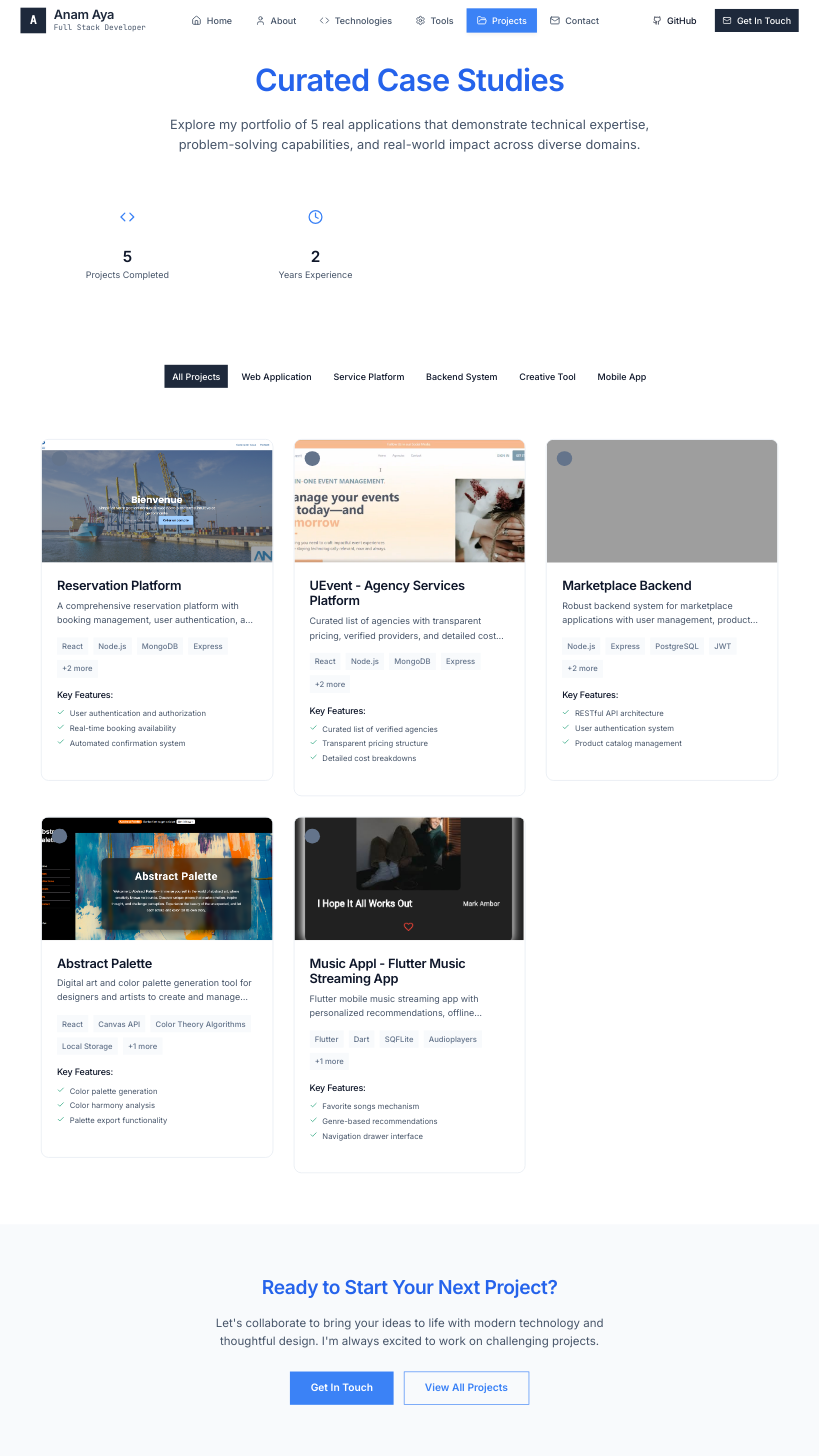
Repository: ayaaas/portflio_aya
Page: /projects-curated-case-studies
These files come from the project's save history. The page is drawn as it stood at one moment and after the next save; the edit follows.
The browser window is 1280 px wide. The pictures show the whole page, at 64% of full size.
Pictures or frames that could not be fetched are drawn as grey boxes. The project was rebuilt for these pictures with package versions that can differ from the ones it lists, and the page was loaded fresh each time. Also part of the build but not shown: vite.config.mjs, src/components/ErrorBoundary.jsx, src/pages/hero-section-developer-portfolio/components/ProfileImage.jsx, src/pages/hero-section-developer-portfolio/components/AnimatedText.jsx, src/pages/hero-section-developer-portfolio/components/HeroContent.jsx, src/pages/hero-section-developer-portfolio/components/BackgroundPattern.jsx, src/pages/hero-section-developer-portfolio/components/ScrollIndicator.jsx, src/pages/hero-section-developer-portfolio/index.jsx and 24 more.

Above is the page before, as saved 2025-07-19 22:04:49.

### index.html
<!doctype html>
<html lang="en">

<head>
  <meta charset="utf-8" />
  <title>anam-aya-portfolio</title>
  <meta name="viewport" content="width=device-width, initial-scale=1.0" />
  <meta name="theme-color" content="#000000" />
  <meta name="description" content="Web site created using create-react-app" />
  <link rel="icon" href="/favicon.ico" />
  <link rel="manifest" href="/manifest.json" />
<script type="module" src="https://static.rocket.new/rocket-web.js?_cfg=https%3A%2F%2Fanamayap2173back.builtwithrocket.new&_be=https%3A%2F%2Fapplication.rocket.new&_v=0.1.6"></script>
</head>

<body>
  <noscript>You need to enable JavaScript to run this app.</noscript>
  <div class="dhiwise-code" id="root"></div>
  <script type="module" src="/src/index.jsx"></script>
</body>

</html>

### src/Routes.jsx
import React from "react";
import { BrowserRouter, Routes as RouterRoutes, Route } from "react-router-dom";
import ScrollToTop from "components/ScrollToTop";
import ErrorBoundary from "components/ErrorBoundary";
// Add your imports here
import HeroSectionDeveloperPortfolio from "pages/hero-section-developer-portfolio";
import AboutMePersonalNarrative from "pages/about-me-personal-narrative";
import ToolsProfessionalWorkflowDisplay from "pages/tools-professional-workflow-display";
import ContactCommunicationPortal from "pages/contact-communication-portal";
import TechnologiesInteractiveStackShowcase from "pages/technologies-interactive-stack-showcase";
import ProjectsCuratedCaseStudies from "pages/projects-curated-case-studies";
import NotFound from "pages/NotFound";

const Routes = () => {
  return (
    <BrowserRouter>
      <ErrorBoundary>
      <ScrollToTop />
      <RouterRoutes>
        {/* Define your routes here */}
        <Route path="/" element={<HeroSectionDeveloperPortfolio />} />
        <Route path="/hero-section-developer-portfolio" element={<HeroSectionDeveloperPortfolio />} />
        <Route path="/about-me-personal-narrative" element={<AboutMePersonalNarrative />} />
        <Route path="/tools-professional-workflow-display" element={<ToolsProfessionalWorkflowDisplay />} />
        <Route path="/contact-communication-portal" element={<ContactCommunicationPortal />} />
        <Route path="/technologies-interactive-stack-showcase" element={<TechnologiesInteractiveStackShowcase />} />
        <Route path="/projects-curated-case-studies" element={<ProjectsCuratedCaseStudies />} />
        <Route path="*" element={<NotFound />} />
      </RouterRoutes>
      </ErrorBoundary>
    </BrowserRouter>
  );
};

export default Routes;

### src/pages/projects-curated-case-studies/index.jsx
import React, { useState, useEffect } from 'react';
import { motion } from 'framer-motion';
import Header from '../../components/ui/Header';
import ProjectCard from './components/ProjectCard';
import ProjectModal from './components/ProjectModal';
import ProjectFilter from './components/ProjectFilter';
import ProjectStats from './components/ProjectStats';

const ProjectsCuratedCaseStudies = () => {
  const [selectedProject, setSelectedProject] = useState(null);
  const [isModalOpen, setIsModalOpen] = useState(false);
  const [activeCategory, setActiveCategory] = useState('All');
  const [filteredProjects, setFilteredProjects] = useState([]);
  const [currentProjectIndex, setCurrentProjectIndex] = useState(0);

  // Real project data - only 6 projects as per user's actual work
  const projects = [
    {
      id: 1,
      title: " Reservation Platform",
      category: "Web Application",
      description: "A comprehensive reservation platform  with booking management, user authentication, and real-time availability tracking.",
      detailedDescription: " Reservation Platform is a full-stack web application designed to streamline the booking process for ANP services. Features include user authentication, real-time availability checking, booking management, and automated confirmation systems.",
      image: "public/assets/images/Capture d’écran 2025-07-02 150610.png",
      additionalImages: [
        "public/assets/images/finalanp.png"
      ],
      technologies: ["React", "Node.js", "MongoDB", "Express", "JWT", "Tailwind CSS"],
      keyFeatures: [
        "User authentication and authorization",
        "Real-time booking availability",
        "Automated confirmation system",
        "Booking management dashboard",
        "Responsive design",

      ],


    },
    {
      id: 2,
      title: "UEvent - Agency Services Platform",
      category: "Service Platform",
      description: "Curated list of agencies with transparent pricing, verified providers, and detailed cost breakdowns to avoid hidden fees.",
      detailedDescription: "UEvent is a B2C service platform connecting clients with verified agencies. Features transparent pricing with detailed cost breakdowns, verified provider listings, and a dedicated platform for agencies to showcase their work and attract potential clients.",
      image: "public/assets/images/accueil_event.png",
      additionalImages: [
        "public/assets/images/contact.png",
        "public/assets/images/loginevent.png",
        "public/assets/images/payement.png",
        "public/assets/images/Capture d’écran 2025-07-19 011956.png",
        "public/assets/images/payement 2.png",
        "public/assets/images/profile.png",
      ],
      technologies: ["React", "Node.js", "MongoDB", "Express", "Stripe", "Tailwind CSS"],
      keyFeatures: [
        "Curated list of verified agencies",
        "Transparent pricing structure",
        "Detailed cost breakdowns",
        "Agency portfolio showcase",
        "Client review system",
        "Secure payment processing",
        "Enhanced client acquisition tools",
        "Reputation management system"
      ],


    },
    {
      id: 3,
      title: "Marketplace Backend",
      category: "Backend System",
      description: "Robust backend system for marketplace applications with user management, product catalog, and order processing capabilities.",
      detailedDescription: "A comprehensive backend system designed for marketplace applications. Features include user authentication, product management, order processing, payment integration, and real-time notifications.",
      image: "https://images.unsplash.com/photo-1611162617474-5b21e879e113?w=800&h=600&fit=crop",
      additionalImages: [
      ],
      technologies: ["Node.js", "Express", "PostgreSQL", "JWT", "Stripe API", "Socket.io"],
      keyFeatures: [
        "RESTful API architecture",
        "User authentication system",
        "Product catalog management",
        "Order processing system",
        "Payment integration",
        "Real-time notifications",
        "Database optimization",
        "Security middleware"
      ],

    },
    {
      id: 4,
      title: "Abstract Palette",
      category: "Creative Tool",
      description: "Digital art and color palette generation tool for designers and artists to create and manage color schemes.",
      detailedDescription: "Abstract Palette is a creative tool designed for digital artists and designers. It provides advanced color palette generation, color harmony analysis, and palette management features.",
      image: "public/assets/images/Capture d'écran 2025-04-16 030157.png",
      additionalImages: [
        "public/assets/images/Capture d'écran 2025-04-16 030453.png",
      ],
      technologies: ["React", "Canvas API", "Color Theory Algorithms", "Local Storage", "CSS3"],
      keyFeatures: [
        "Color palette generation",
        "Color harmony analysis",
        "Palette export functionality",
        "Color accessibility checker",
        "Gradient generator",
        "Color picker tools",
        "Save and organize palettes",
        "Mobile-responsive design"
      ],

    },

    {
      id: 6,
      title: "Music Appl - Flutter Music Streaming App",
      category: "Mobile App",
      description: "Flutter mobile music streaming app with personalized recommendations, offline storage, and seamless audio playback.",
      detailedDescription: "Music Appl is a Flutter mobile music streaming app designed for personalized listening experiences. Features include favorite mechanism, recommendation system based on genres, navigation drawer, light/dark themes, SQFLite for offline storage, and audioplayers for seamless playback.",
      image: "public/assets/images/Capture d’écran 2025-01-12 221017.png",
      additionalImages: [

      ],
      technologies: ["Flutter", "Dart", "SQFLite", "Audioplayers", "Material Design"],
      keyFeatures: [
        "Favorite songs mechanism",
        "Genre-based recommendations",
        "Navigation drawer interface",
        "Light and dark themes",
        "Offline music storage with SQFLite",
        "Seamless audio playback",
        "Play, pause, stop controls",
        "Background audio playback",
        "Multiple audio format support",
        "Playlist creation (in development)",
        "User login system (planned)",
        "Social sharing (planned)"
      ],

    }
  ];

  // Project statistics - updated to reflect actual 6 projects
  const projectStats = [
    { icon: "Code", value: "5", label: "Projects Completed" },
    { icon: "Clock", value: "2", label: "Years Experience" }


  ];

  // Get unique categories
  const categories = [...new Set(projects.map(project => project.category))];

  // Filter projects based on active category
  useEffect(() => {
    if (activeCategory === 'All') {
      setFilteredProjects(projects);
    } else {
      setFilteredProjects(projects.filter(project => project.category === activeCategory));
    }
  }, [activeCategory]);

  // Auto-scroll projects every 30 seconds
  useEffect(() => {
    const interval = setInterval(() => {
      setCurrentProjectIndex((prevIndex) => (prevIndex + 1) % projects.length);
    }, 30000);

    return () => clearInterval(interval);
  }, [projects.length]);

  const handleViewDetails = (project) => {
    setSelectedProject(project);
    setIsModalOpen(true);
  };

  const handleCloseModal = () => {
    setIsModalOpen(false);
    setSelectedProject(null);
  };

  const handleCategoryChange = (category) => {
    setActiveCategory(category);
  };

  return (
    <div className="min-h-screen bg-background">
      <Header />

      {/* Hero Section */}
      <section className="pt-24 pb-16 px-6 lg:px-8">
        <div className="max-w-6xl mx-auto text-center">
          <motion.div
            initial={{ opacity: 0, y: 30 }}
            animate={{ opacity: 1, y: 0 }}
            transition={{ duration: 0.8 }}
          >
            <h1 className="text-4xl md:text-5xl font-bold text-blue-600 mb-6">
              Curated Case Studies
            </h1>
            <p className="text-xl text-text-secondary max-w-3xl mx-auto leading-relaxed">
              Explore my portfolio of 5 real applications that demonstrate technical expertise,
              problem-solving capabilities, and real-world impact across diverse domains.
            </p>
          </motion.div>
        </div>
      </section>

      {/* Project Statistics */}
      <section className="pb-16 px-6 lg:px-8">
        <div className="max-w-6xl mx-auto">
          <motion.div
            initial={{ opacity: 0, y: 30 }}
            animate={{ opacity: 1, y: 0 }}
            transition={{ duration: 0.8, delay: 0.2 }}
          >
            <ProjectStats stats={projectStats} />
          </motion.div>
        </div>
      </section>

      {/* Project Filter */}
      <section className="pb-8 px-6 lg:px-8">
        <div className="max-w-6xl mx-auto">
          <motion.div
            initial={{ opacity: 0, y: 30 }}
            animate={{ opacity: 1, y: 0 }}
            transition={{ duration: 0.8, delay: 0.4 }}
          >
            <ProjectFilter
              categories={categories}
              activeCategory={activeCategory}
              onCategoryChange={handleCategoryChange}
            />
          </motion.div>
        </div>
      </section>

      {/* Projects Grid */}
      <section className="pb-20 px-6 lg:px-8">
        <div className="max-w-6xl mx-auto">
          <motion.div
            initial={{ opacity: 0 }}
            animate={{ opacity: 1 }}
            transition={{ duration: 0.8, delay: 0.6 }}
            className="grid grid-cols-1 md:grid-cols-2 lg:grid-cols-3 gap-8"
          >
            {filteredProjects.map((project, index) => (
              <motion.div
                key={project.id}
                initial={{ opacity: 0, y: 30 }}
                animate={{ opacity: 1, y: 0 }}
                transition={{ duration: 0.6, delay: index * 0.1 }}
              >
                <ProjectCard
                  project={project}
                  onViewDetails={handleViewDetails}
                />
              </motion.div>
            ))}
          </motion.div>
        </div>
      </section>

      {/* Call to Action */}
      <section className="py-20 px-6 lg:px-8 bg-muted">
        <div className="max-w-4xl mx-auto text-center">
          <motion.div
            initial={{ opacity: 0, y: 30 }}
            animate={{ opacity: 1, y: 0 }}
            transition={{ duration: 0.8 }}
          >
            <h2 className="text-3xl font-bold text-blue-600 mb-6">
              Ready to Start Your Next Project?
            </h2>
            <p className="text-lg text-text-secondary mb-8 max-w-2xl mx-auto">
              Let's collaborate to bring your ideas to life with modern technology
              and thoughtful design. I'm always excited to work on challenging projects.
            </p>
            <div className="flex flex-col sm:flex-row gap-4 justify-center">
              <button
                onClick={() => window.location.href = '/contact-communication-portal'}
                className="px-8 py-3 bg-accent text-accent-foreground rounded-lg font-semibold hover-lift transition-all-300 flex items-center justify-center space-x-2"
              >
                <span>Get In Touch</span>
              </button>
              <button
                onClick={() => window.open('https://github.com/anamaya', '_blank')}
                className="px-8 py-3 border border-accent text-accent rounded-lg font-semibold hover-lift transition-all-300 flex items-center justify-center space-x-2"
              >
                <span>View All Projects</span>
              </button>
            </div>
          </motion.div>
        </div>
      </section>

      {/* Project Modal */}
      <ProjectModal
        project={selectedProject}
        isOpen={isModalOpen}
        onClose={handleCloseModal}
      />
    </div>
  );
};

export default ProjectsCuratedCaseStudies;

### src/components/ui/Button.jsx
import React from 'react';
import { Slot } from "@radix-ui/react-slot";
import { cva } from "class-variance-authority";
import { cn } from "../../utils/cn";
import Icon from '../AppIcon';

const buttonVariants = cva(
    "inline-flex items-center justify-center whitespace-nowrap rounded-md text-sm font-medium ring-offset-background transition-colors focus-visible:outline-none focus-visible:ring-2 focus-visible:ring-ring focus-visible:ring-offset-2 disabled:pointer-events-none disabled:opacity-50",
    {
        variants: {
            variant: {
                default: "bg-primary text-primary-foreground hover:bg-primary/90",
                destructive: "bg-destructive text-destructive-foreground hover:bg-destructive/90",
                outline: "border border-input hover:bg-accent hover:text-accent-foreground",
                secondary: "bg-secondary text-secondary-foreground hover:bg-secondary/80",
                ghost: "hover:bg-accent hover:text-accent-foreground",
                link: "text-primary underline-offset-4 hover:underline",
                success: "bg-success text-success-foreground hover:bg-success/90",
                warning: "bg-warning text-warning-foreground hover:bg-warning/90",
                danger: "bg-error text-error-foreground hover:bg-error/90",
            },
            size: {
                default: "h-10 px-4 py-2",
                sm: "h-9 rounded-md px-3",
                lg: "h-11 rounded-md px-8",
                icon: "h-10 w-10",
                xs: "h-8 rounded-md px-2 text-xs",
                xl: "h-12 rounded-md px-10 text-base",
            },
        },
        defaultVariants: {
            variant: "default",
            size: "default",
        },
    }
);

const Button = React.forwardRef(({
    className,
    variant,
    size,
    asChild = false,
    children,
    loading = false,
    iconName = null,
    iconPosition = 'left',
    iconSize = null,
    fullWidth = false,
    disabled = false,
    ...props
}, ref) => {
    const Comp = asChild ? Slot : "button";

    // Icon size mapping based on button size
    const iconSizeMap = {
        xs: 12,
        sm: 14,
        default: 16,
        lg: 18,
        xl: 20,
        icon: 16,
    };

    const calculatedIconSize = iconSize || iconSizeMap[size] || 16;

    // Loading spinner
    const LoadingSpinner = () => (
        <svg className="animate-spin -ml-1 mr-2 h-4 w-4" fill="none" viewBox="0 0 24 24">
            <circle className="opacity-25" cx="12" cy="12" r="10" stroke="currentColor" strokeWidth="4" />
            <path className="opacity-75" fill="currentColor" d="M4 12a8 8 0 018-8V0C5.373 0 0 5.373 0 12h4zm2 5.291A7.962 7.962 0 014 12H0c0 3.042 1.135 5.824 3 7.938l3-2.647z" />
        </svg>
    );

    // Icon rendering
    const renderIcon = () => {
        if (!iconName) return null;

        return (
            <Icon
                name={iconName}
                size={calculatedIconSize}
                className={cn(
                    children && iconPosition === 'left' && "mr-2",
                    children && iconPosition === 'right' && "ml-2"
                )}
            />
        );
    };

    return (
        <Comp
            className={cn(
                buttonVariants({ variant, size, className }),
                fullWidth && "w-full"
            )}
            ref={ref}
            disabled={disabled || loading}
            {...props}
        >
            {loading && <LoadingSpinner />}
            {iconName && iconPosition === 'left' && renderIcon()}
            {children}
            {iconName && iconPosition === 'right' && renderIcon()}
        </Comp>
    );
});

Button.displayName = "Button";

export default Button;

### src/pages/projects-curated-case-studies/components/ProjectFilter.jsx
import React from 'react';
import Button from '../../../components/ui/Button';

const ProjectFilter = ({ categories, activeCategory, onCategoryChange }) => {
  return (
    <div className="flex flex-wrap gap-2 justify-center mb-12">
      <Button
        variant={activeCategory === 'All' ? 'default' : 'outline'}
        size="sm"
        onClick={() => onCategoryChange('All')}
        className="transition-all-300"
      >
        All Projects
      </Button>
      {categories.map((category) => (
        <Button
          key={category}
          variant={activeCategory === category ? 'default' : 'outline'}
          size="sm"
          onClick={() => onCategoryChange(category)}
          className="transition-all-300"
        >
          {category}
        </Button>
      ))}
    </div>
  );
};

export default ProjectFilter;

### src/pages/projects-curated-case-studies/components/ProjectStats.jsx
import React from 'react';
import Icon from '../../../components/AppIcon';

const ProjectStats = ({ stats }) => {
  return (
    <div className="grid grid-cols-2 md:grid-cols-4 gap-6 mb-16">
      {stats.map((stat, index) => (
        <div key={index} className="text-center">
          <div className="w-16 h-16 bg-accent/10 rounded-full flex items-center justify-center mx-auto mb-4">
            <Icon name={stat.icon} size={24} className="text-accent" />
          </div>
          <div className="text-2xl font-bold text-text-primary mb-1">{stat.value}</div>
          <div className="text-sm text-text-secondary">{stat.label}</div>
        </div>
      ))}
    </div>
  );
};

export default ProjectStats;

Loaded but not shown: src/index.jsx (common file); src/App.jsx (common file); src/styles/tailwind.css (library); src/styles/index.css (common file); src/components/ScrollToTop.jsx (common file); src/components/AppIcon.jsx (common file); src/components/AppImage.jsx (common file); src/utils/cn.js (common file); tailwind.config.js (148 lines, source omitted); src/components/ui/Header.jsx (183 lines, source omitted); src/pages/projects-curated-case-studies/components/ProjectCard.jsx (118 lines, source omitted)

After the next save:
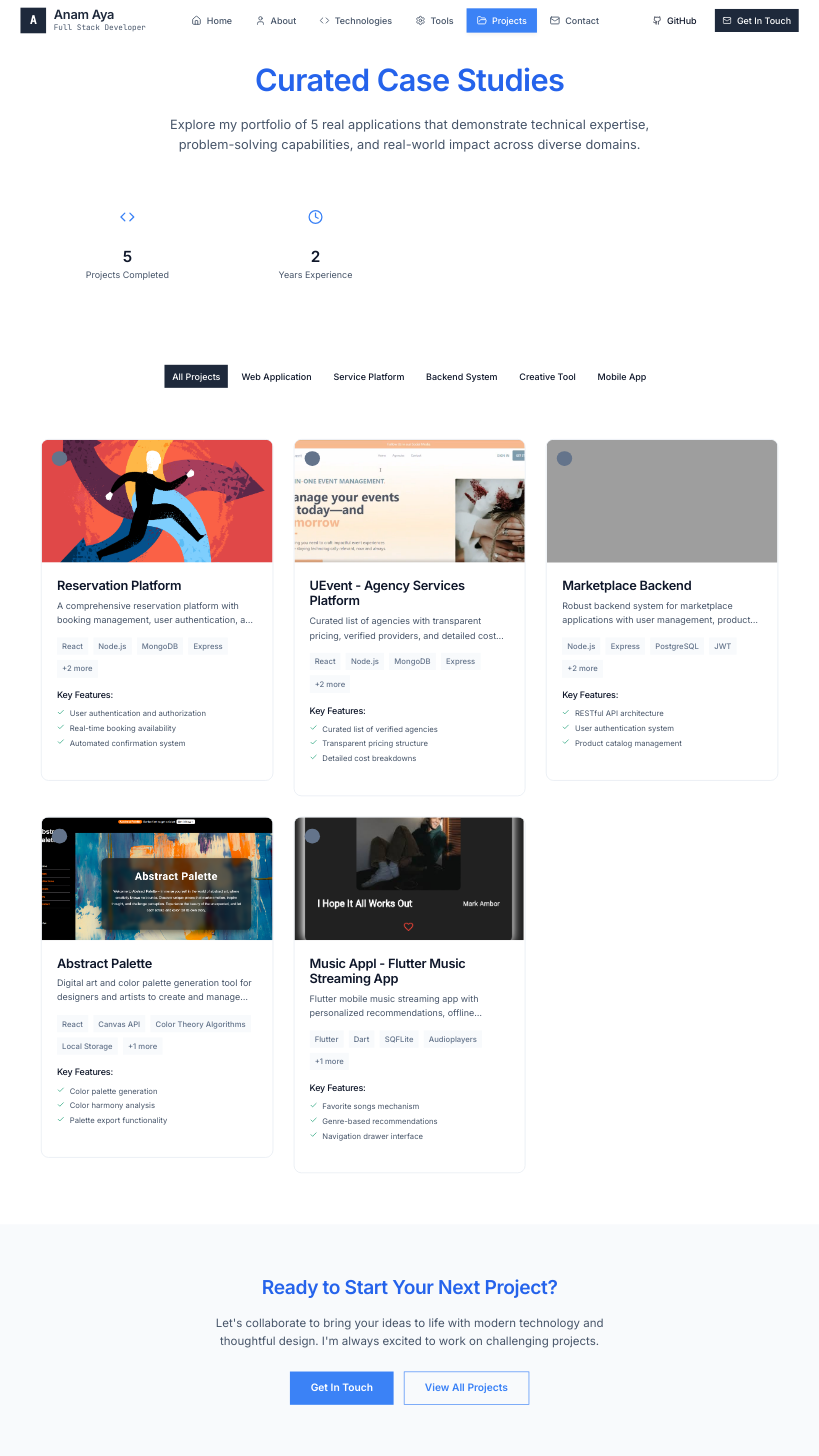
Saved 3 min 35 s later.
--- a/src/pages/projects-curated-case-studies/index.jsx
+++ b/src/pages/projects-curated-case-studies/index.jsx
@@ -21,7 +21,7 @@ const ProjectsCuratedCaseStudies = () => {
       category: "Web Application",
       description: "A comprehensive reservation platform  with booking management, user authentication, and real-time availability tracking.",
       detailedDescription: " Reservation Platform is a full-stack web application designed to streamline the booking process for ANP services. Features include user authentication, real-time availability checking, booking management, and automated confirmation systems.",
-      image: "public/assets/images/Capture d’écran 2025-07-02 150610.png",
+      image: "",
       additionalImages: [
         "public/assets/images/finalanp.png"
       ],
